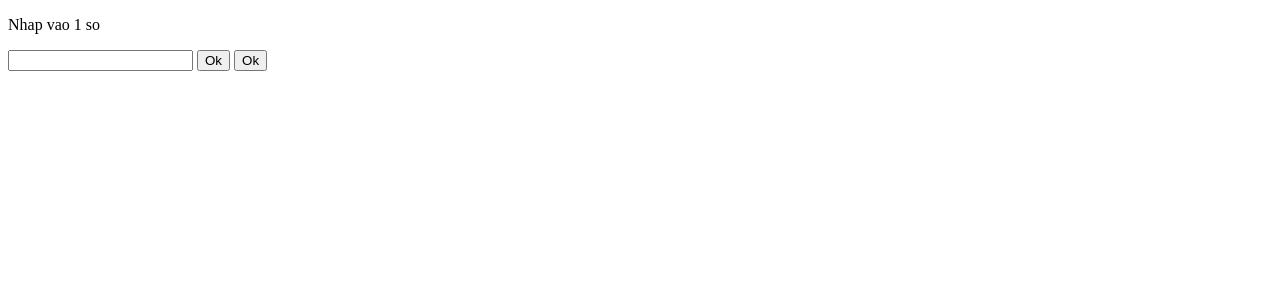
Repository: lhggiang/Sodaonguoc
Page: index.html
These files come from the project's save history. The page is drawn as it stood at one moment and after the next save; the edit follows.
The browser window is 1280 px wide. The pictures show the whole page.

Above is the page before, as saved 2023-05-18 21:23:35.

After the next save:
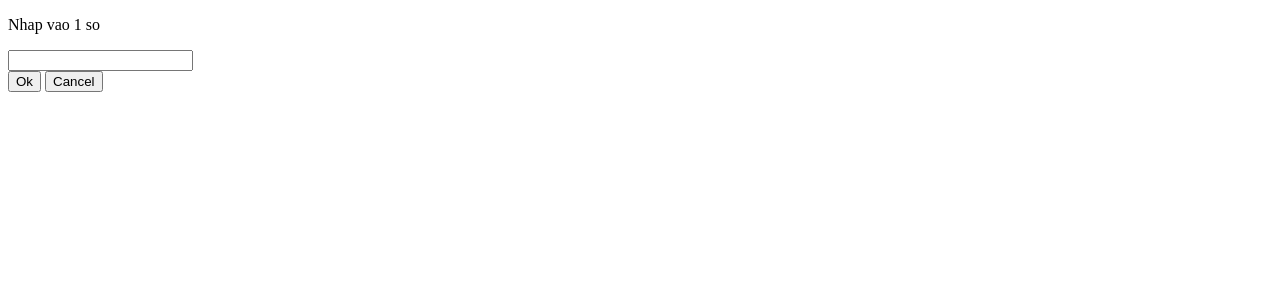
Saved 28 s later.
--- a/index.html
+++ b/index.html
@@ -9,11 +9,13 @@
 </head>
 
 <body>
-    <div>
+    <div class="sodaonguoc">
         <p>Nhap vao 1 so</p>
         <input type="number" name="num" id="num">
-        <button>Ok</button>
-        <button>Ok</button>
+        <div class="btn">
+            <button>Ok</button>
+            <button>Cancel</button>
+        </div>
     </div>
 
     <script src="./javascript.js"></script>
